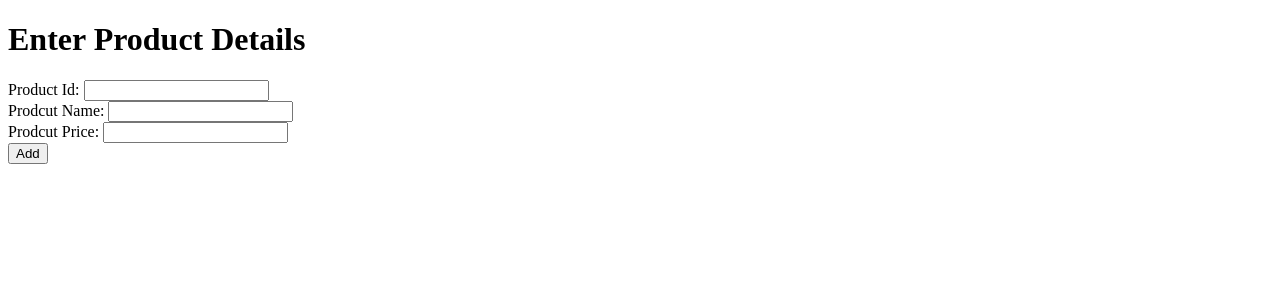
Repository: sowmini-nats/git-spring-project
Page: eclipse-workspace-servlet/ProjectJSP/src/main/webapp/ProductPage.html
These files come from the project's save history. The page is drawn as it stood at one moment and after the next save; the edit follows.
The browser window is 1280 px wide. The pictures show the whole page.

Above is the page before, as saved 2023-10-18 03:40:45.

### eclipse-workspace-servlet/ProjectJSP/src/main/webapp/ProductPage.html
<!DOCTYPE html>
<html>
<head>
<meta charset="ISO-8859-1">
<title>Insert Product</title>
</head>
<body>
	<h1>Enter Product Details</h1>
	<form action="Product.jsp" method="post">
	Product Id: <input type="text" name="prdId"/><br/>
	Prodcut Name: <input type="text" name="prdName"/><br/>
	Prodcut Price: <input type="text" name="prdPrice"/><br/>
	<input type="submit" value="Add"/>
	</form>
</body>
</html>

After the next save:
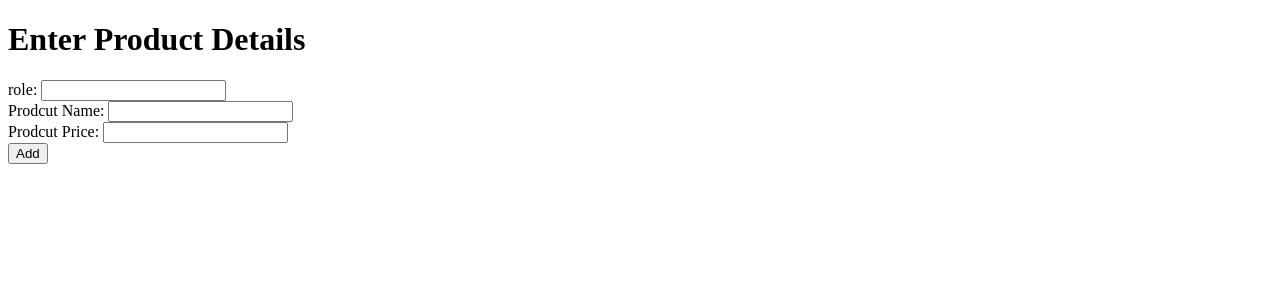
Saved 17 s later.
--- a/eclipse-workspace-servlet/ProjectJSP/src/main/webapp/ProductPage.html
+++ b/eclipse-workspace-servlet/ProjectJSP/src/main/webapp/ProductPage.html
@@ -7,6 +7,7 @@
 <body>
 	<h1>Enter Product Details</h1>
 	<form action="Product.jsp" method="post">
+	role: <input type="text" value=""
 	Product Id: <input type="text" name="prdId"/><br/>
 	Prodcut Name: <input type="text" name="prdName"/><br/>
 	Prodcut Price: <input type="text" name="prdPrice"/><br/>

After the save that followed:
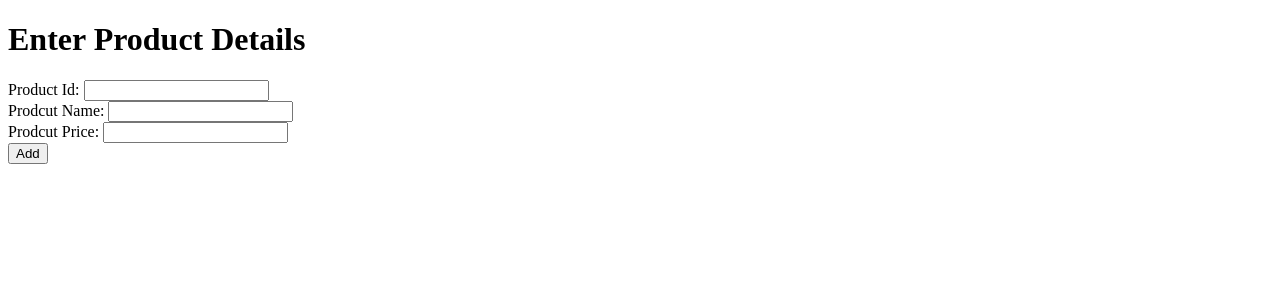
Saved 4 s later.
--- a/eclipse-workspace-servlet/ProjectJSP/src/main/webapp/ProductPage.html
+++ b/eclipse-workspace-servlet/ProjectJSP/src/main/webapp/ProductPage.html
@@ -7,7 +7,6 @@
 <body>
 	<h1>Enter Product Details</h1>
 	<form action="Product.jsp" method="post">
-	role: <input type="text" value=""
 	Product Id: <input type="text" name="prdId"/><br/>
 	Prodcut Name: <input type="text" name="prdName"/><br/>
 	Prodcut Price: <input type="text" name="prdPrice"/><br/>
